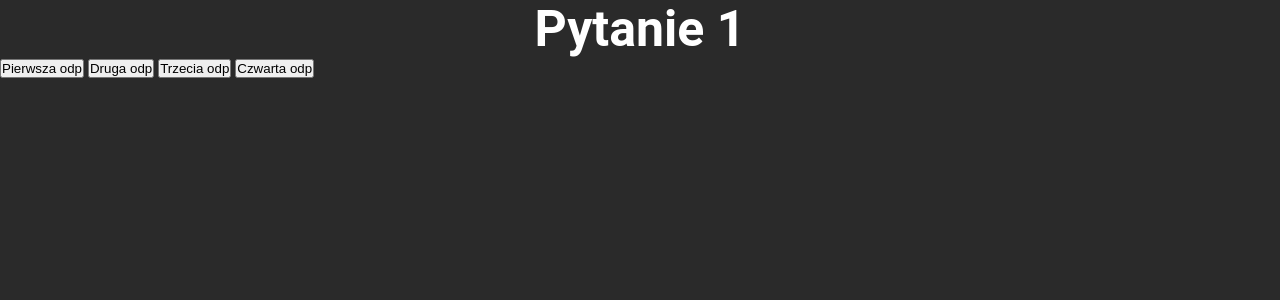
Repository: BaczkiewiczDawid/weatherApp
Page: index.html
The author's editor kept a copy of each file at every save. The page is drawn from the files as they stood at one save, then again after the next save.
The browser window is 1280 px wide. The pictures show the whole page.

Above is the page before, as saved 2020-02-22 18:29:38.

### index.html
<!DOCTYPE html>
<head>
    <link rel="stylesheet" href="style.css">
    <link href="https://fonts.googleapis.com/css?family=Montserrat:300,400,500,700,900&display=swap" rel="stylesheet">
    <meta name="viewport" content="width=device-width, initial-scale=1.0">
    <meta charset="UTF-8">
</head>
<body>
    <h1>Pytanie 1</h1>
    <div class="ask">
        <button class="buttonFirst" type="button">Pierwsza odp</button>
        <button class="buttonTwo" type="button">Druga odp</button>
        <button class="buttonThree" type="button">Trzecia odp</button>
        <button class="buttonFour" type="button">Czwarta odp</button>
    </div>
    <script src="app.js"></script>
</body>

### style.css
* {
    margin: 0;
    padding: 0;
    box-sizing: border-box;
}
body, html {
    background: #2a2a2a;
    font-family: 'Roboto', sans-serif;
}
h1 {
    color: white;
    font-size: 50px;
    display: flex;
    text-align: center;
    justify-content: center;
}

Loaded but not shown: app.js (no copy from this time; the picture is the same without it)

After the next save:
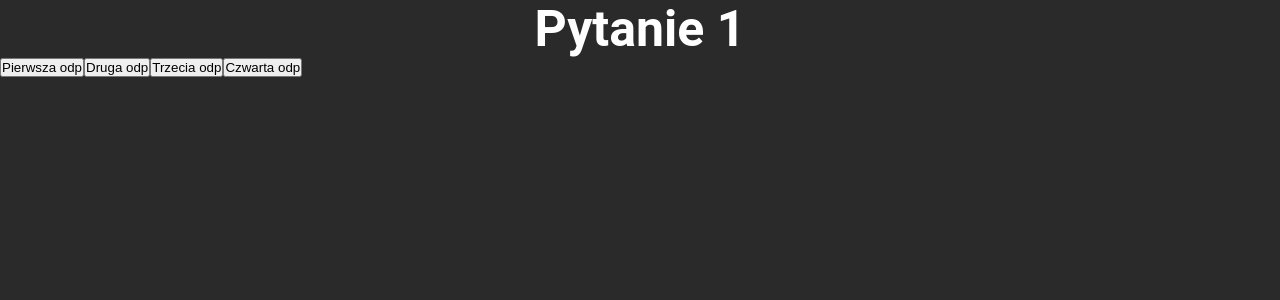
Saved 15 s later.
--- a/style.css
+++ b/style.css
@@ -14,3 +14,7 @@ h1 {
     text-align: center;
     justify-content: center;
 }
+.ask {
+    display: flex;
+    flex-direction: row;
+}
